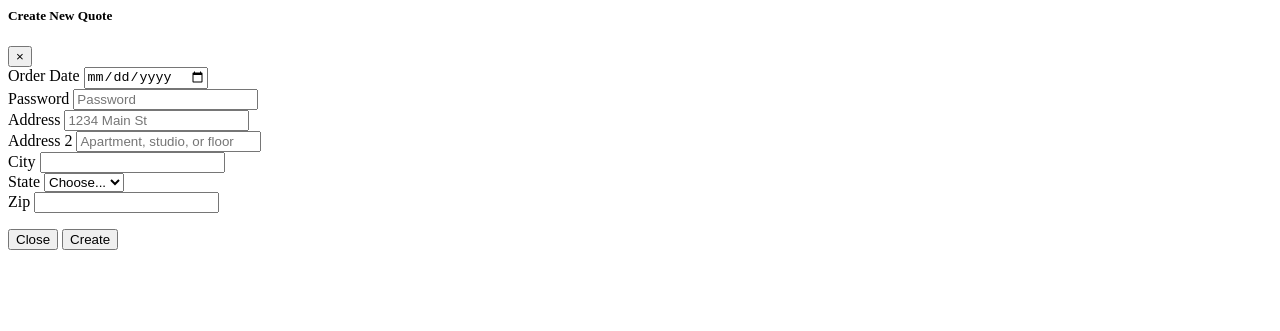
Repository: hrishibhattu/CodeFury-Internal-2
Page: ToYoDo/WebContent/WEB-INF/modal/quote.html
These files come from the project's save history. The page is drawn as it stood at one moment and after the next save; the edit follows.
The browser window is 1280 px wide. The pictures show the whole page.

Above is the page before, as saved 2021-09-19 06:24:23.

After the next save:
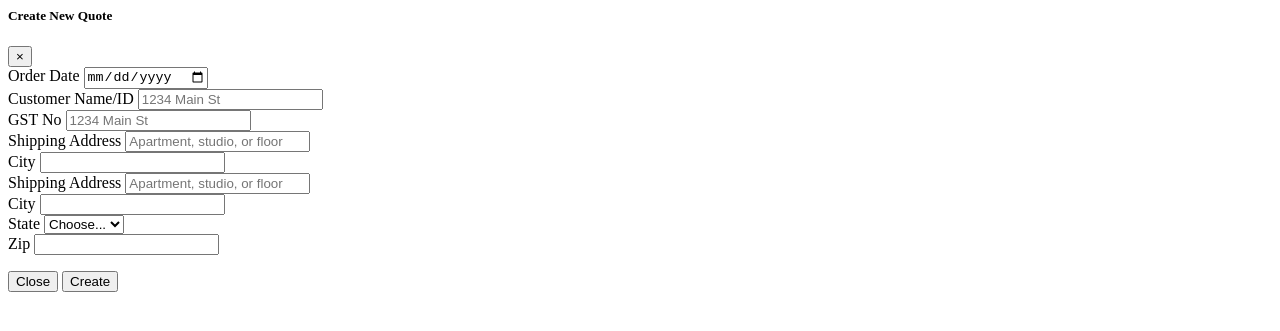
Saved 4 min 1 s later.
--- a/ToYoDo/WebContent/WEB-INF/modal/quote.html
+++ b/ToYoDo/WebContent/WEB-INF/modal/quote.html
@@ -17,21 +17,29 @@
 				<form>
 					<div class="form-row">
 						<div class="form-group col-md-6">
-							<label for="inputEmail4">Order Date</label> <input type="date"
+							<label for="orderdate">Order Date</label> <input type="date"
 								class="form-control" id="inputEmail4">
 						</div>
 						<div class="form-group col-md-6">
-							<label for="inputPassword4">Password</label> <input
-								type="password" class="form-control" id="inputPassword4"
-								placeholder="Password">
+							<label for="customerNameID">Customer Name/ID</label> <input type="text"
+							class="form-control" id="inputAddress" placeholder="1234 Main St">
 						</div>
 					</div>
 					<div class="form-group">
-						<label for="inputAddress">Address</label> <input type="text"
+						<label for="address">GST No</label> <input type="text"
 							class="form-control" id="inputAddress" placeholder="1234 Main St">
 					</div>
+					<div class="form-row">
+						<label for="inputAddress2">Shipping Address</label> <input type="text"
+							class="form-control" id="inputAddress2"
+							placeholder="Apartment, studio, or floor">
+						<div class="form-group col-md-6">
+							<label for="inputCity">City</label> <input type="text"
+								class="form-control" id="inputCity">
+						</div>
+					</div>
 					<div class="form-group">
-						<label for="inputAddress2">Address 2</label> <input type="text"
+						<label for="inputAddress2">Shipping Address</label> <input type="text"
 							class="form-control" id="inputAddress2"
 							placeholder="Apartment, studio, or floor">
 					</div>
